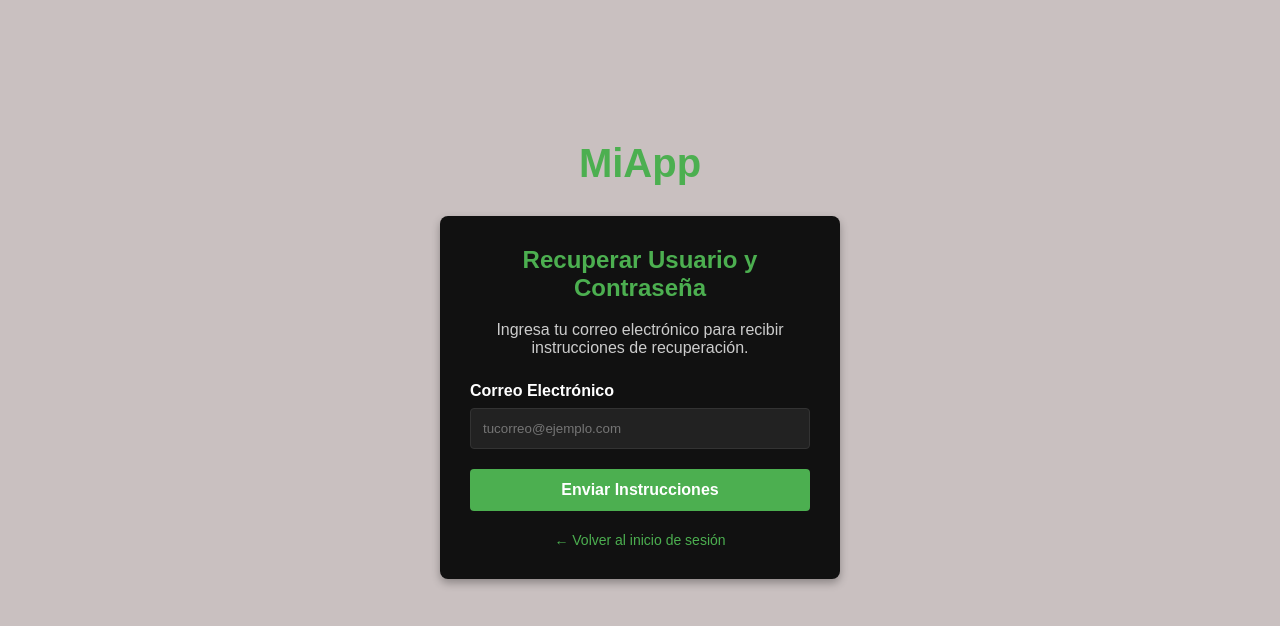
Repository: ye909/RAVPIP
Page: src/templei/recuperarCledenciales.html
An editor plug-in stored every save of this project. The page is shown before and after the next save, followed by the edit.
The browser window is 1280 px wide. The pictures show the whole page.

Above is the page before, as saved 2025-04-13 09:32:32.

After the next save:
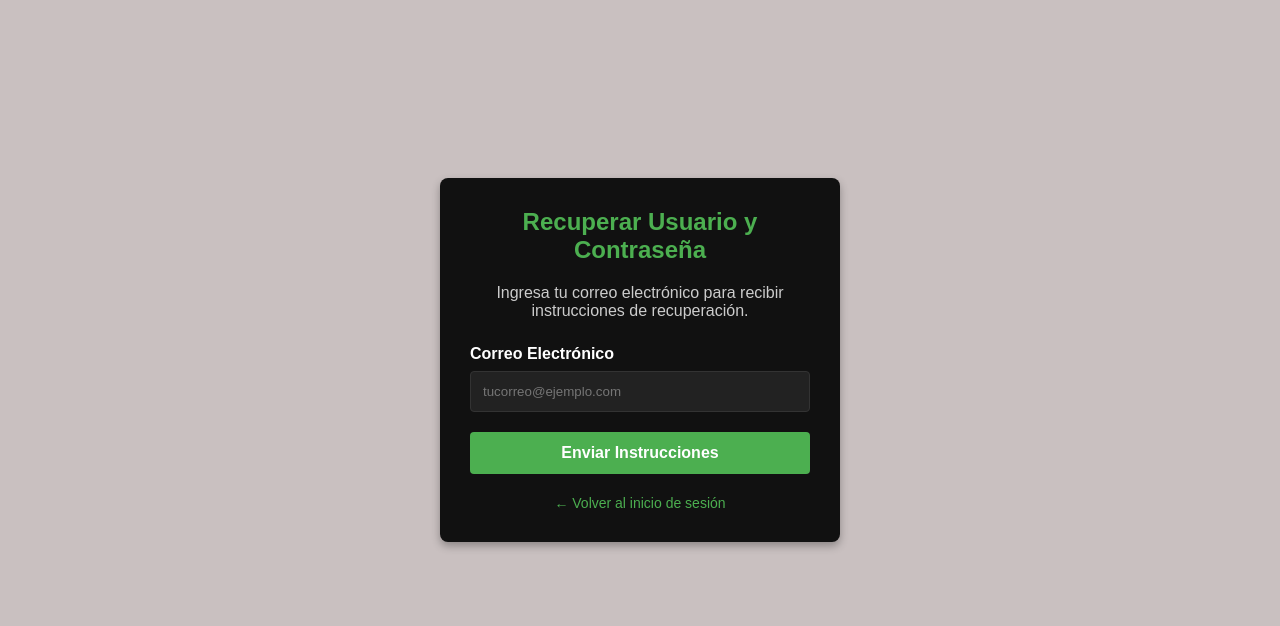
Saved 37 s later.
--- a/src/templei/recuperarCledenciales.html
+++ b/src/templei/recuperarCledenciales.html
@@ -8,9 +8,7 @@
 </head>
 <body>
     <div class="recovery-container">
-        <div class="logo">
-            <h1>MiApp</h1>
-        </div>
+
         <div class="recovery-box">
             <h2>Recuperar Usuario y Contraseña</h2>
             <p>Ingresa tu correo electrónico para recibir instrucciones de recuperación.</p>
